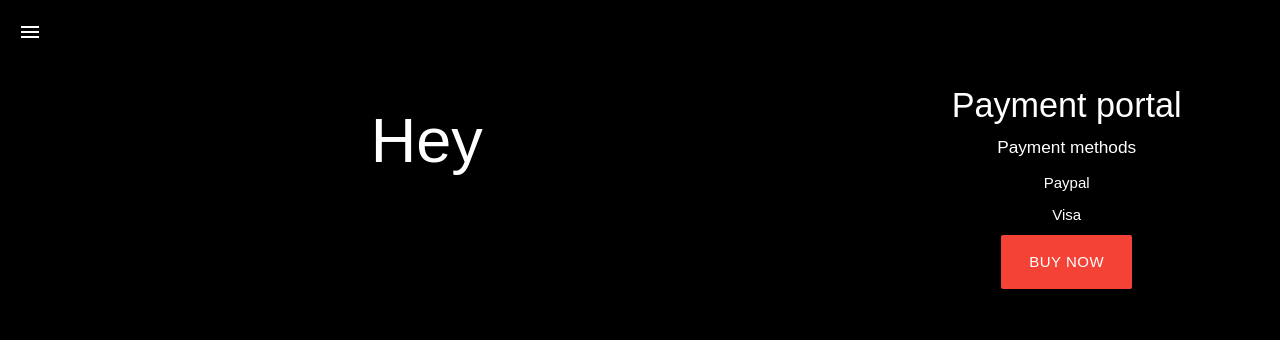
Repository: Ajtheult/final-project
Page: /cart
The author's editor kept a copy of each file at every save. The page is drawn from the files as they stood at one save, then again after a run of saves.
The browser window is 1280 px wide. The pictures show the whole page.
Some web fonts or font styles are not loaded; a fallback is used. Some web libraries are served in a nearby version. The project was rebuilt for these pictures with package versions that can differ from the ones it lists, and the page was loaded fresh each time. Also part of the build but not shown: src/layout/pages/LandingPage.js, src/layout/pages/About.js, src/layout/pages/catalogue/Keys.js, src/layout/pages/catalogue/String.js, src/layout/pages/catalogue/Woodwind.js, src/layout/pages/catalogue/Percussion.js, src/layout/pages/login/Login.js, src/layout/pages/login/NewSignUp.js.

Above is the page before, as saved 2020-07-23 10:40:47.

After the next 2 saves:
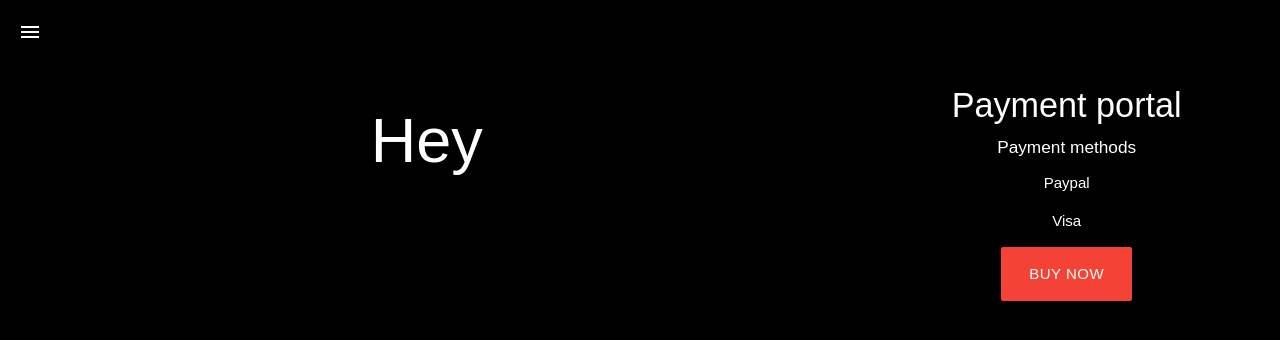
The 2 saves are shown as one change because they came seconds apart.
The last was saved 8 s later.
--- a/src/App.css
+++ b/src/App.css
@@ -238,5 +238,5 @@ body {
 }
 
 .move_payment_up {
-  line-height: 10px;
-}
+  line-height: -50px;
+}
